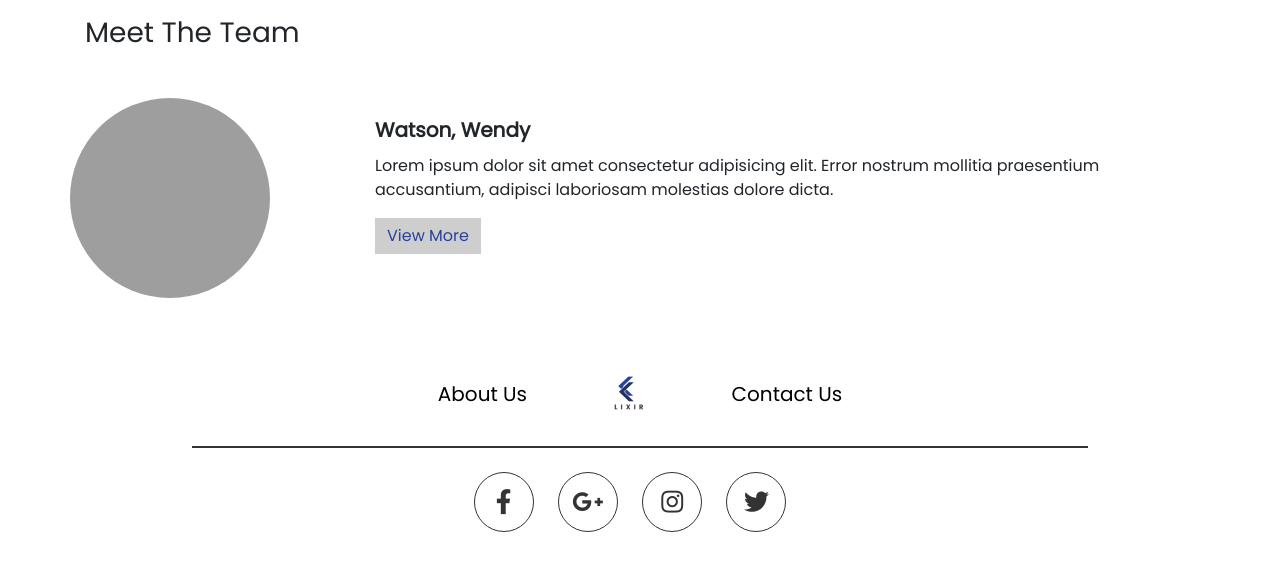
Repository: phiiileo/lit-page
Page: team-page.html
An editor plug-in stored every save of this project. The page is shown before and after a run of saves, followed by the edit.
The browser window is 1280 px wide. The pictures show the whole page.
Pictures or frames that could not be fetched are drawn as grey boxes. Some web libraries are served in a nearby version.

Above is the page before, as saved 2019-12-04 21:25:52.

### team-page.html
<head>
  <meta charset="UTF-8" />
  <meta name="viewport" content="width=device-width, initial-scale=1.0" />
  <meta http-equiv="X-UA-Compatible" content="ie=edge" />
  <title>Lixir | Official Page</title>
  <link
    rel="stylesheet"
    href="css/bootstrap-4.4.0-dist/css/bootstrap.min.css"
  />
  <script src="js/jquery-1.11.1.min.js"></script>
  <script src="js/popper.min.js"></script>
  <script src="css/bootstrap-4.4.0-dist/js/bootstrap.min.js"></script>
  <link
    href="https://fonts.googleapis.com/css?family=Poppins&display=swap"
    rel="stylesheet"
  />
  <link
    rel="stylesheet"
    type="text/css"
    href="https://cdnjs.cloudflare.com/ajax/libs/font-awesome/5.11.2/css/all.min.css"
  />
  <link rel="stylesheet" href="css/site_footer.css" />
  <link rel="stylesheet" href="./css/team-page.css">
</head>

<div class="container">
    <p><h3>Meet The Team</h3></p>
    <div class="row row-cols-1 row-cols-md-1 mt-5 mb-5">
        <div class="card">
            <div class="row no-gutters">
                <div class="col-md-3">
                    <img src="https://res.cloudinary.com/gboyega/image/upload/v1575387409/grillspot/profile-placeholder_kqu2no.png" alt="profileImage" class=" card-img team-image img-responsive">
                </div>
                <div class="col-md-9">
                    <div class="card-body">
                        <h5 class="card-title">Watson, Wendy</h5>
                        <p class="card-text">Lorem ipsum dolor sit amet consectetur adipisicing elit. Error nostrum mollitia praesentium accusantium, adipisci laboriosam molestias dolore dicta.</p>
                        <p class="card-text"><button class="btn btn-secondary" id="viewMoreButton">View More</button></p>
                    </div>
                </div>
            </div>
        </div>
    </div>
</div>

<footer class="mt-5">
  <section class="footer_content mx-auto text-center">
    <section class="footer_content--one">
      <a href="about_us.php" class="">About Us</a>
      <a href="index.php" class="mx-5">
        <img src="image/footer_logo.png" alt="" width="100px" height="100px"
      /></a>
      <a href="contact.php" class="">Contact Us</a>
    </section>
    <section class="footer_content--two pt-4">
      <a href="#"><i class="fab fa-facebook-f"></i></a>
      <a href=""><i class="fab fa-google-plus-g"></i></a>
      <a href=""><i class="fab fa-instagram"></i></a>
      <a href=""><i class="fab fa-twitter"></i></a>
    </section>
  </section>
</footer>

### css/site_footer.css
footer .footer_content {
    width: 70%;
  }

  footer .footer_content .footer_content--one {
    width: 100%;
    border-bottom: 2px solid #333333;
  }

  footer .footer_content .footer_content--one a {
    font-size: 20px;
    line-height: 28px;
    color: #000000;
    display: inline-block;
  }

  footer .footer_content .footer_content--two a {
    color: #333333;
    border: 1px solid #333333;
    border-radius: 50%;
    width: 60px;
    height: 60px;
    display: -webkit-inline-box;
    display: -ms-inline-flexbox;
    display: inline-flex;
    -webkit-box-pack: center;
        -ms-flex-pack: center;
            justify-content: center;
    -webkit-box-align: center;
        -ms-flex-align: center;
            align-items: center;
    margin-right: 20px;
    margin-bottom: 20px;
  }

  footer .footer_content .footer_content--two a i {
    font-size: 25px;
  }

### css/team-page.css
* {
  margin-top: 0;
  padding: 0px;
  box-sizing: border-box;
  font-family: "Poppins", sans-serif;
}
.team-image{
    width: 200px;
    height: 200px;
    border-radius: 50%;
}

.card{
    border: 0;
}

.card-title{
    font-weight: bold;
}

#viewMoreButton{
    color:#29419b ;
    background: #cecece;
    border-radius: 0;
    border: 0;
}

Loaded but not shown: css/bootstrap-4.4.0-dist/css/bootstrap.min.css (library); js/jquery-1.11.1.min.js (library); js/popper.min.js (library); css/bootstrap-4.4.0-dist/js/bootstrap.min.js (library)

After the next 4 saves:
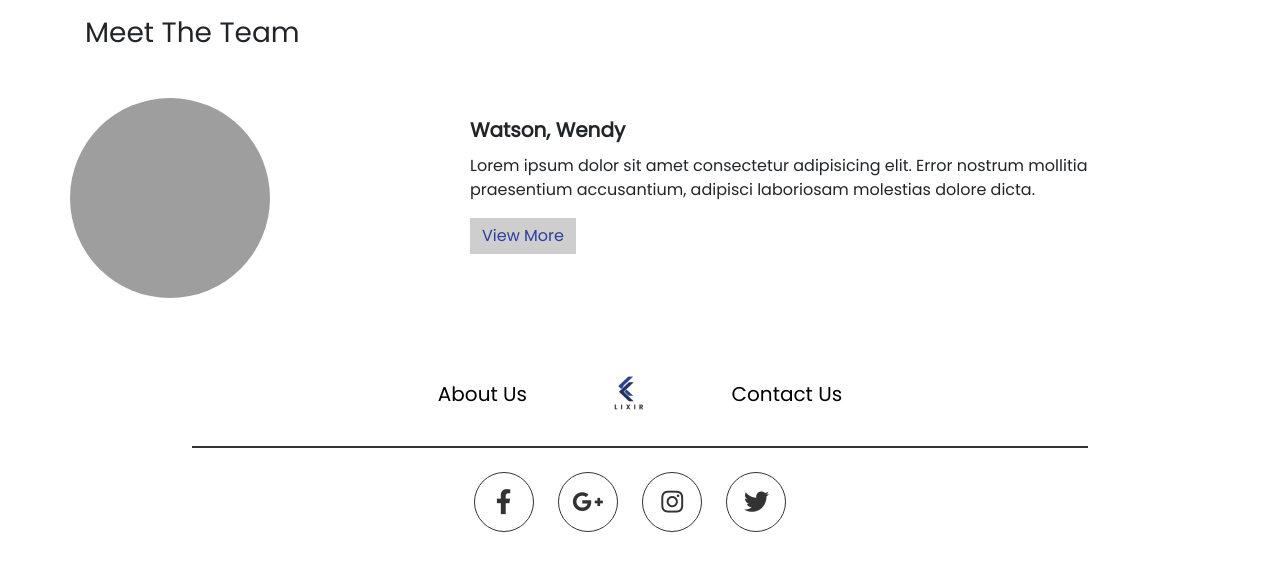
The 4 saves are shown as one change because they came seconds apart.
The last was saved 48 s later.
--- a/team-page.html
+++ b/team-page.html
@@ -28,10 +28,10 @@
     <div class="row row-cols-1 row-cols-md-1 mt-5 mb-5">
         <div class="card">
             <div class="row no-gutters">
-                <div class="col-md-3">
+                <div class="col-md-4">
                     <img src="https://res.cloudinary.com/gboyega/image/upload/v1575387409/grillspot/profile-placeholder_kqu2no.png" alt="profileImage" class=" card-img team-image img-responsive">
                 </div>
-                <div class="col-md-9">
+                <div class="col-md-8">
                     <div class="card-body">
                         <h5 class="card-title">Watson, Wendy</h5>
                         <p class="card-text">Lorem ipsum dolor sit amet consectetur adipisicing elit. Error nostrum mollitia praesentium accusantium, adipisci laboriosam molestias dolore dicta.</p>
